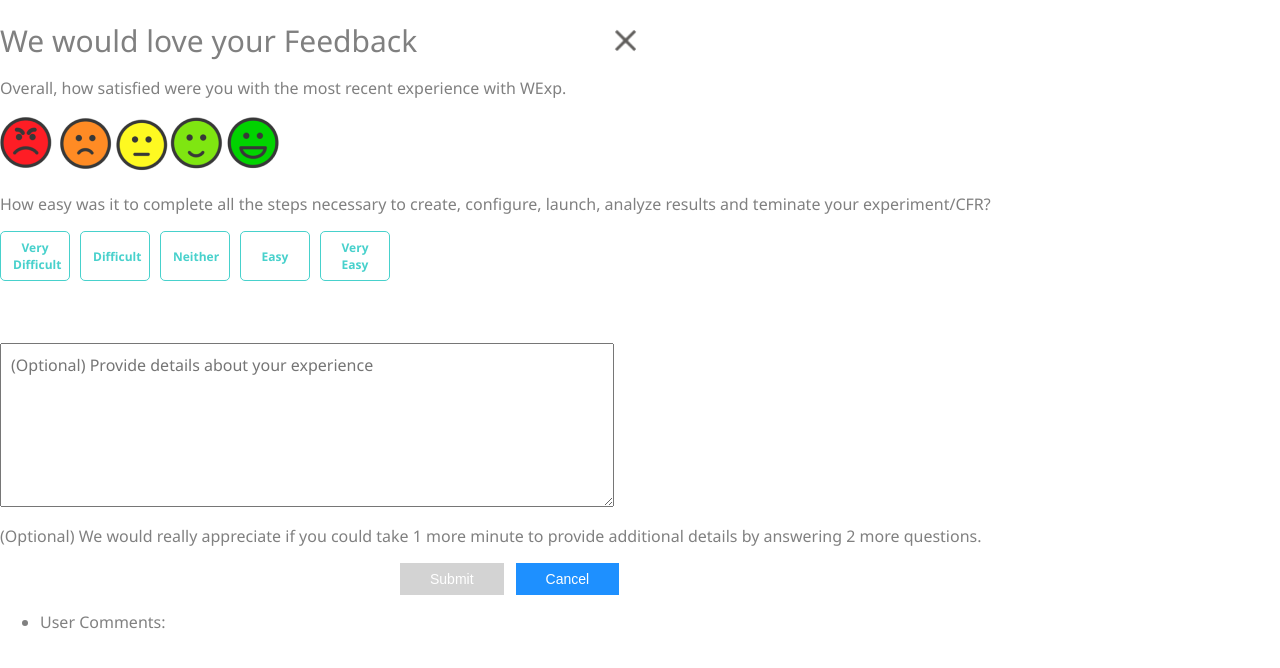
Repository: msfinnan/react-mobx-feedback-form
Page: /
The author's editor kept a copy of each file at every save. The page is drawn from the files as they stood at one save, then again after the next save.
The browser window is 1280 px wide. The pictures show the whole page.
The project was rebuilt for these pictures with package versions that can differ from the ones it lists, and the page was loaded fresh each time.

Above is the page before, as saved 2019-08-28 10:59:11.

After the next save:
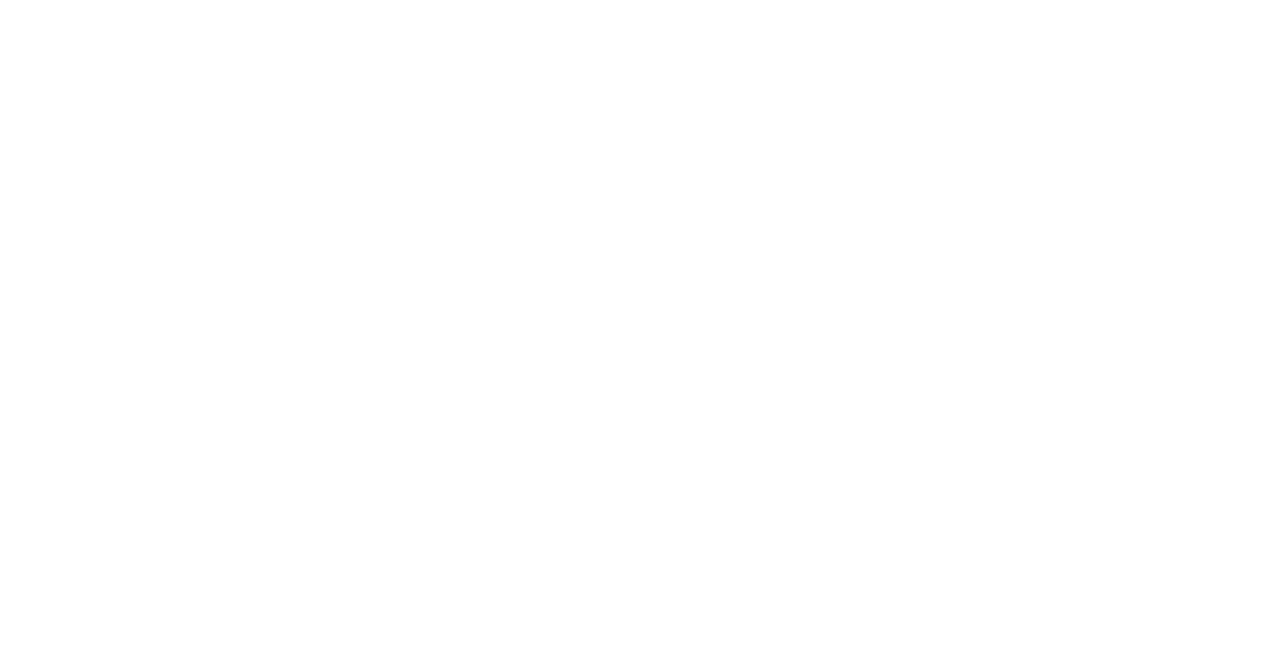
Console error: ReferenceError: commentBoxStore is not defined
Saved 105 s later.
--- a/src/App.tsx
+++ b/src/App.tsx
@@ -9,12 +9,14 @@
 import { CommentBox } from './Components/CommentBox';
 import { BodyTextStore } from './stores/BodyTextStore';
 import { CommentBoxStore } from './stores/CommentBoxStore';
+import { inject } from 'mobx-react';
 
 interface AppProps {
   bodyTextStore: BodyTextStore;
-  commentBoxStore?: CommentBoxStore;
+  // commentBoxStore?: CommentBoxStore;
 }
 
+@inject(commentBoxStore)
 class App extends React.Component<AppProps, {}> {
   public render() {
     return (

After the save that followed:
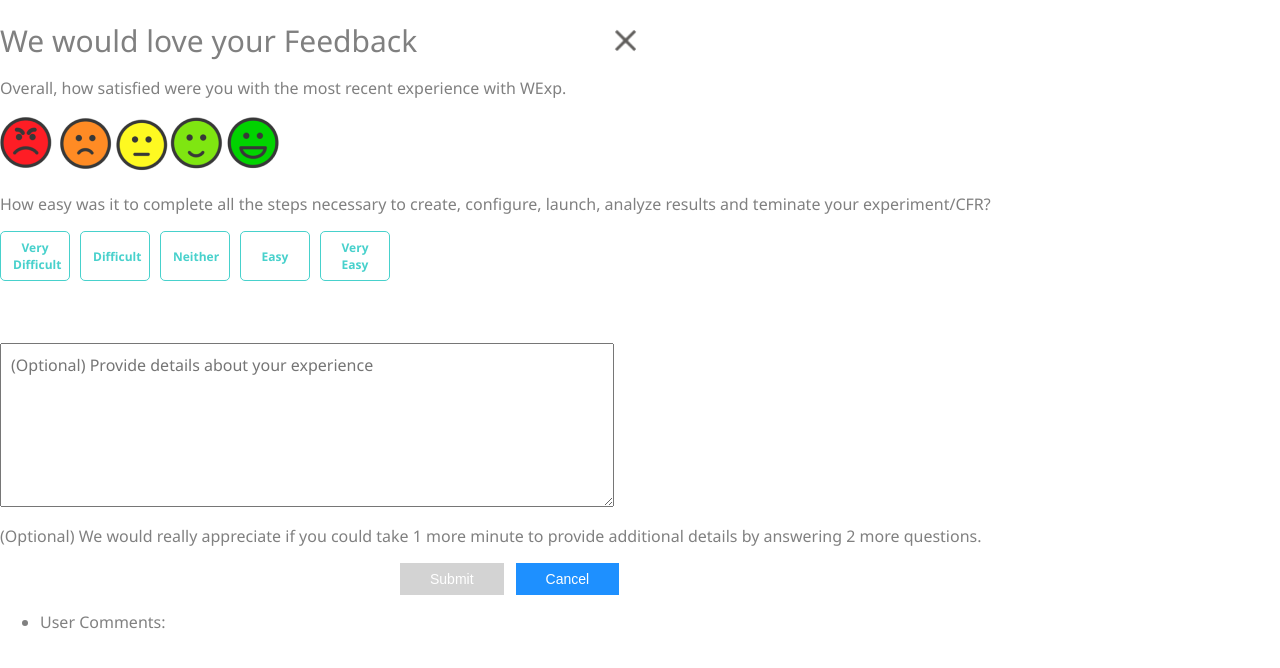
The error is gone.
Saved 80 s later.
--- a/src/App.tsx
+++ b/src/App.tsx
@@ -16,7 +16,7 @@
   // commentBoxStore?: CommentBoxStore;
 }
 
-@inject(commentBoxStore)
+@inject("commentBoxStore")
 class App extends React.Component<AppProps, {}> {
   public render() {
     return (
